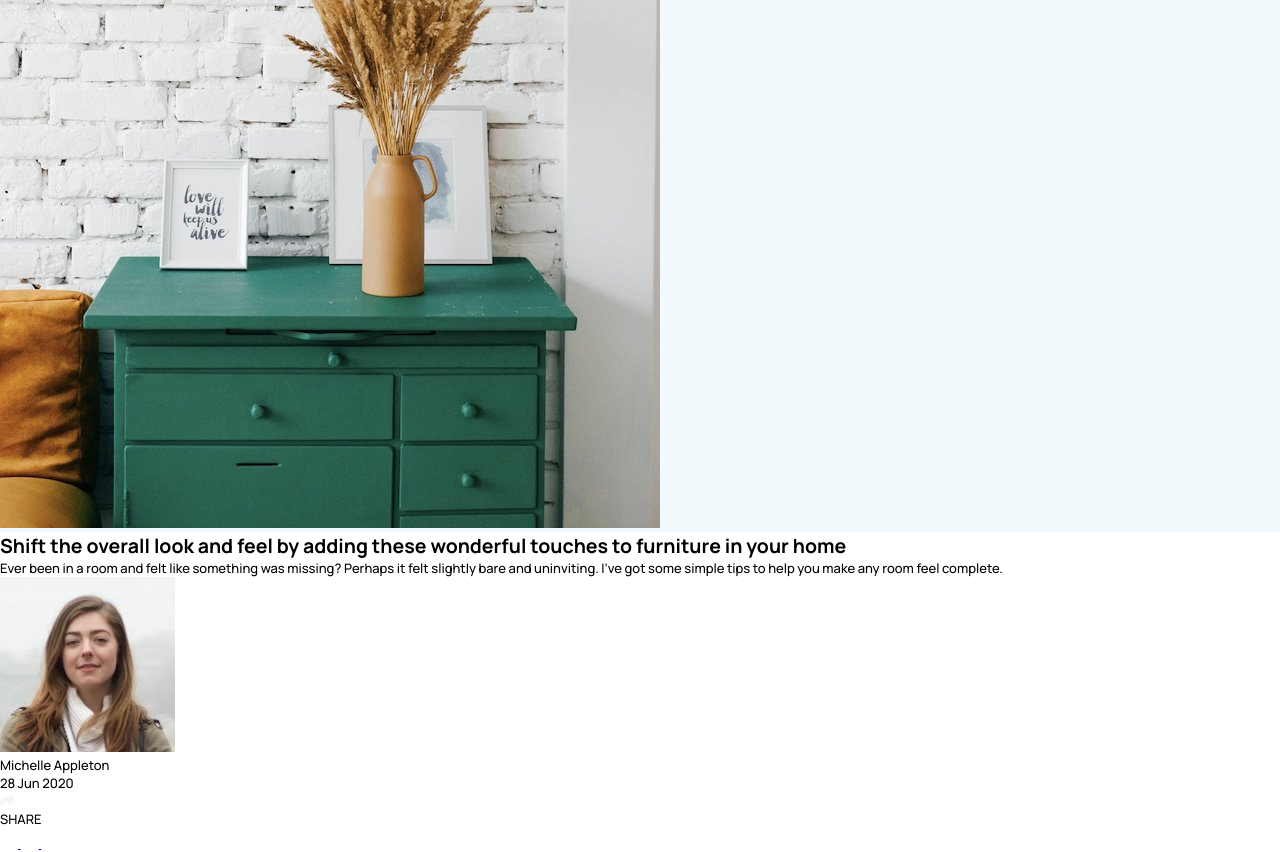
Repository: ellenliao95/frontend-mentor-solution
Page: article-preview-component-master/index.html
These files come from the project's save history. The page is drawn as it stood at one moment and after the next save; the edit follows.
The browser window is 1280 px wide. The pictures show the whole page.

Above is the page before, as saved 2023-03-17 12:54:42.

### article-preview-component-master/index.html
<!DOCTYPE html>
<html lang="en">
<head>
  <meta charset="UTF-8">
  <meta name="viewport" content="width=device-width, initial-scale=1.0"> <!-- displays site properly based on user's device -->

<!-- fonts style -->
  <link rel="preconnect" href="https://fonts.googleapis.com">
  <link rel="preconnect" href="https://fonts.gstatic.com" crossorigin>
  <link href="https://fonts.googleapis.com/css2?family=Hanken+Grotesk:wght@700&family=Manrope:wght@500;700&family=Open+Sans:wght@500;700;800&family=Orbitron:wght@800&family=Outfit:wght@400;700&family=Roboto:wght@300&family=Shadows+Into+Light&display=swap" rel="stylesheet">

  <link rel="icon" type="image/png" sizes="32x32" href="./images/favicon-32x32.png">

  <title>Frontend Mentor | Article preview component</title>

  <link rel="stylesheet" href="index.css">
</head>
<body>
  <article>
    <picture>
      <source media="(min-width: 375px)" srcset="images/drawers.jpg">
      <img src="images/drawers.jpg" alt="" class="drawers-img">
    </picture>
  </article>

  <article class="container">
    <div>
      <h2>
        Shift the overall look and feel by adding these wonderful
        touches to furniture in your home
      </h2>
      <p>
        Ever been in a room and felt like something was missing? Perhaps it felt slightly bare and uninviting. I’ve got some simple tips to help you make any room feel complete.
      </p>
    </div>

    <div class="head-card">
      <img src="images/avatar-michelle.jpg" alt="me" id="head-img">
      <ul id="head-text">
        <li id="name">Michelle Appleton</li>
        <li>28 Jun 2020</li>
      </ul>

      <div class="share-icon">
        <img src="images/icon-share.svg" alt="icon share">
      </div>

      <div class="share-dtl">
        <p>SHARE</p>
        <a href="#">
          <img src="images/icon-facebook.svg" alt="icon facebook ">
        </a>
        <a href="#">
          <img src="images/icon-twitter.svg" alt="icon twitter">
        </a>
        <a href="#">
          <img src="images/icon-pinterest.svg" alt="icon-pinterest">
        </a>
      </div>
    </div>
  </article>
</body>
</html>

### article-preview-component-master/index.css
.attribution {
    font-size: 11px; text-align: center;
}
.attribution a {
    color: hsl(228, 45%, 44%);
}

*{
    box-sizing: border-box;
    margin: 0%;
    padding: 0%;
}
body{
    min-height: 100vh;
    background: rgba(235, 248, 252, 0.625);
    Font-size: 13px;
    font-family: 'Manrope', sans-serif;


}
.drawers-img{
    max-width: 100%;
}
.container{
    background-color: white;
}

### article-preview-component-master/images/icon-share.svg
<svg xmlns="http://www.w3.org/2000/svg" width="16" height="13"><path fill="whitesmoke" d="M15 6.495L8.766.014V3.88H7.441C3.33 3.88 0 7.039 0 10.936v2.049l.589-.612C2.59 10.294 5.422 9.11 8.39 9.11h.375v3.867L15 6.495z"/></svg>

After the next save:
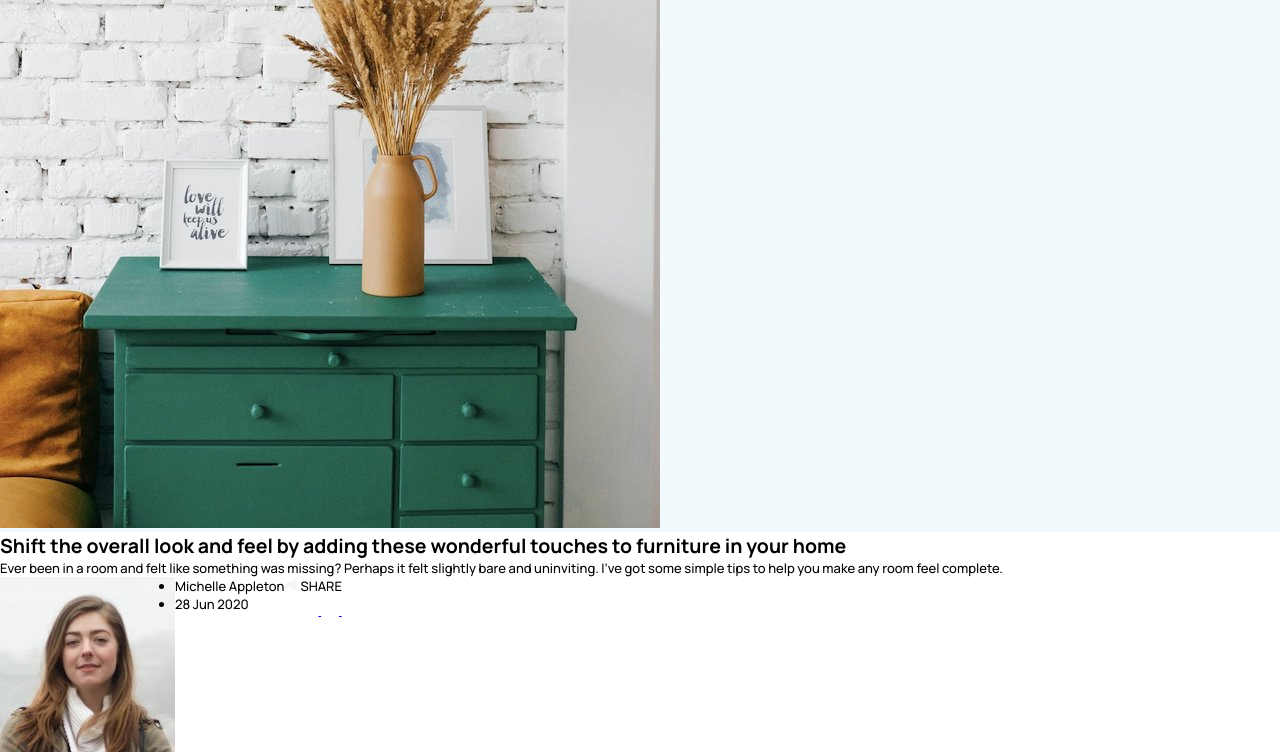
Saved 39 min 42 s later.
--- a/article-preview-component-master/index.css
+++ b/article-preview-component-master/index.css
@@ -16,7 +16,6 @@
     Font-size: 13px;
     font-family: 'Manrope', sans-serif;
 
-
 }
 .drawers-img{
     max-width: 100%;
@@ -24,3 +23,6 @@
 .container{
     background-color: white;
 }
+.head-card{
+    display: flex;
+}
